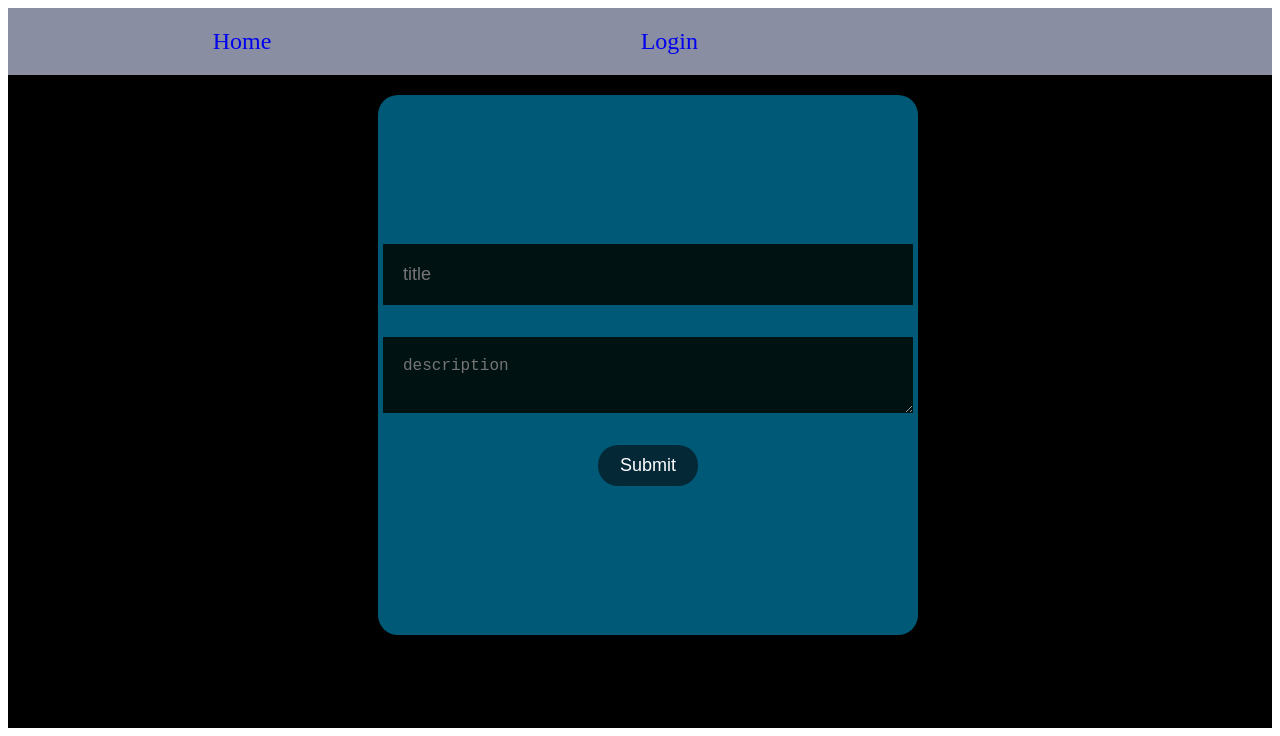
Repository: albinsabu2023/postapp
Page: /createpost
The author's editor kept a copy of each file at every save. The page is drawn from the files as they stood at one save, then again after the next save.
The browser window is 1280 px wide. The pictures show the whole page.
The project was rebuilt for these pictures with package versions that can differ from the ones it lists, and the page was loaded fresh each time. Also part of the build but not shown: src/index.css, src/Components/main/PostCard.css, src/Components/main/PostCard.tsx, src/Components/main/Home.css, src/Components/main/Home.tsx, src/Components/Login.tsx.

Above is the page before, as saved 2024-02-06 03:31:04.

### src/index.tsx
import React from 'react';
import ReactDOM from 'react-dom/client';
import "./index.css"
import App from './App';

const root = ReactDOM.createRoot(
  document.getElementById('root') as HTMLElement
);
root.render(
  <React.StrictMode>
    <App />
  </React.StrictMode>
);

### src/App.tsx
import  {BrowserRouter as Router,Routes,Route} from "react-router-dom"
import './App.css';
import Home from "./Components/main/Home";
import Login from "./Components/Login";
import Navbar from "./Components/Navbar";
import CreatePosts from "./create-post/CreatePosts";


function App() {
  return (
    <div className="App">
      <Router>
         <Navbar/>
        <Routes>
          <Route path ="/" element={<Home/>}/>
          <Route path="/login" element={<Login/>}/>
          <Route path="/createpost" element={<CreatePosts/>}/>
        </Routes>
      </Router>
    </div>
  );
}

export default App;

### src/App.css
.App{
  background-color: black;
  height: 100vh;
  overflow-y: auto;

}

### src/Components/Navbar.tsx

import { Link } from 'react-router-dom'
import  "./Navbar.css"
import {auth } from  "../config/firebase"
import { useAuthState } from 'react-firebase-hooks/auth'
import { signOut } from 'firebase/auth'
function Navbar() {
    const  [user] =useAuthState(auth);
    const signUserOut =async ()=>{
        await signOut(auth);
    }
  return (
    <div className="navContainer">
        <Link to ="/">Home</Link>

        {
            !user ?
            <Link to ="Login">Login</Link> :
            <Link to ="/createpost">CreatePost</Link>
        }
        <div>
            {user&&
            <>
            <p>{user?.displayName}</p>
            <img src={user?.photoURL|| "" } alt="" width="30" height="30"
            />
            <button onClick={signUserOut}>Logout</button>
            </>
            }
        </div>


    </div>
  )
}

export default Navbar

### src/create-post/CreatePosts.tsx
import React from 'react'
import CreateForm from './CreateForm'
import "./CreatePost.css"
function CreatePosts() {



  return (
    <div  className="formContainer">
        <CreateForm />

    </div>
  )
}

export default CreatePosts

### src/config/firebase.ts
// Import the functions you need from the SDKs you need
import { initializeApp } from "firebase/app";
import {getAuth,GoogleAuthProvider} from "firebase/auth"
// Your web app's Firebase configuration
import {getFirestore} from "firebase/firestore"
const firebaseConfig = {
  apiKey: "AIzaSyAXzQPkCsYKttYouVkFv4r2aLbj-85i5zE",
  authDomain: "react-course-dd6fc.firebaseapp.com",
  projectId: "react-course-dd6fc",
  storageBucket: "react-course-dd6fc.appspot.com",
  messagingSenderId: "692642929267",
  appId: "1:692642929267:web:22ba5d27ba69920755e806"
};
// Initialize Firebase
const app = initializeApp(firebaseConfig);
export const auth=getAuth(app);
export const provider = new GoogleAuthProvider();
export const db =getFirestore(app)

### src/Components/Navbar.css
.navContainer{
    display: flex;
    align-items: center;
    justify-content: space-around;
    background-color: rgb(138, 142, 162);
    padding: 20px;



}
.navContainer :link{
    text-decoration:none;
    text-decoration-color: rgb(128, 127, 127);
    font-size: x-large;

}

### src/create-post/CreateForm.tsx
import React from 'react'
import "./CreateForm.css"
import  {useForm} from "react-hook-form"
import * as yup from "yup"
import {yupResolver} from "@hookform/resolvers/yup"
import {auth,db} from "../config/firebase"
import { useAuthState } from 'react-firebase-hooks/auth'
import { addDoc,collection } from 'firebase/firestore'
import { useNavigate } from 'react-router-dom'
interface CreateFormData {
  title:string,
  description:string,

}
function CreateForm() {
  const navigate =useNavigate();
  const [user]=useAuthState(auth);
  const schema =yup.object().shape({
    title:yup.string().required("hei enter title"),
    description:yup.string().required("enter the description"),


  })
  const postRef =collection (db,"posts");

  const  {register,handleSubmit,formState:{errors}}=useForm<CreateFormData>({
     resolver :yupResolver(schema),
  })
  const createpost =async (data:CreateFormData)=>{
    await addDoc(postRef,{
      title:data.title,
      description:data.description,
      username :user?.displayName ,
      userId:user?.uid
    })
    navigate("/");

  }
  return (
    <form onSubmit ={handleSubmit(createpost)}>
      <input placeholder='title' {...register("title")}/>
      <p className="warning">{errors.title?.message}</p>
      <textarea placeholder='description' maxLength={60} {...register("description")}/>
      <p className='warning'>{errors.description?.message}</p>
      <input  className='submitButton' type="submit" />

    </form>
  )
}

export default CreateForm

### src/create-post/CreatePost.css
.formContainer{
   display:flex;
   align-items: center;
   justify-content: center;
   width: 100vw;
}

### src/create-post/CreateForm.css
form{
    display: flex;
    flex-direction:column;
    padding: 20px;
    background-color: rgb(0, 89, 118);
    align-items: center;
    justify-content: center;
    margin: 20px;
    border-radius: 20px;
    height: 500px;
    width: 500px;

    overflow: hidden;
}
form input,textarea{
    background-color: rgb(0, 18, 18);
    padding: 20px;

    width: 98%;
    color: white;
    font-size: large;
    border: none;

}

form input,textarea:focus {
    outline:none
}
.submitButton{
    background-color:rgb(5, 40, 55);
    border-radius: 20px;
    width: 100px;
    cursor: pointer;
    padding: 10px;


}
.submitButton:hover {
    background-color: rgb(4, 4, 4);
    border-radius: 20px;
    width: 100px;
    cursor: pointer;


}

Loaded but not shown: public/index.html (common file)

After the next save:
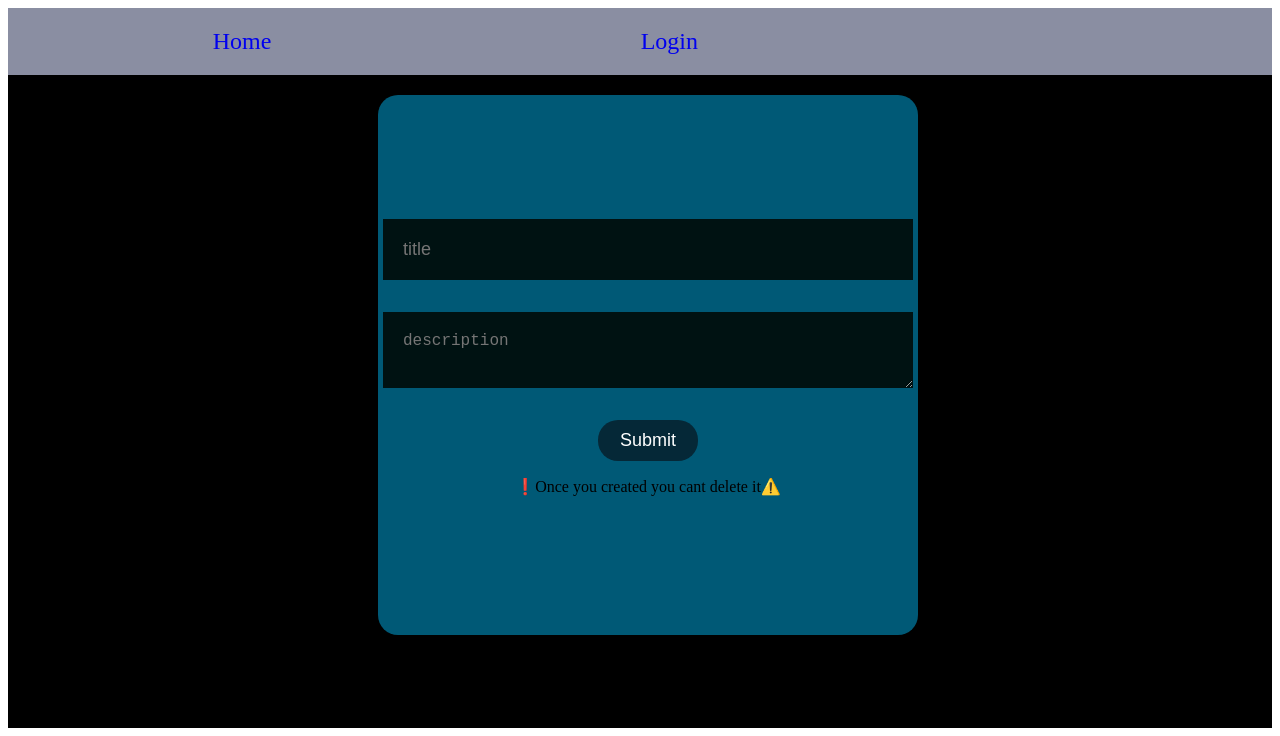
Saved 76 s later.
--- a/src/create-post/CreateForm.tsx
+++ b/src/create-post/CreateForm.tsx
@@ -43,7 +43,7 @@ function CreateForm() {
       <textarea placeholder='description' maxLength={60} {...register("description")}/>
       <p className='warning'>{errors.description?.message}</p>
       <input  className='submitButton' type="submit" />
-
+      <p>❗Once you created you cant delete it⚠️</p>
     </form>
   )
 }
